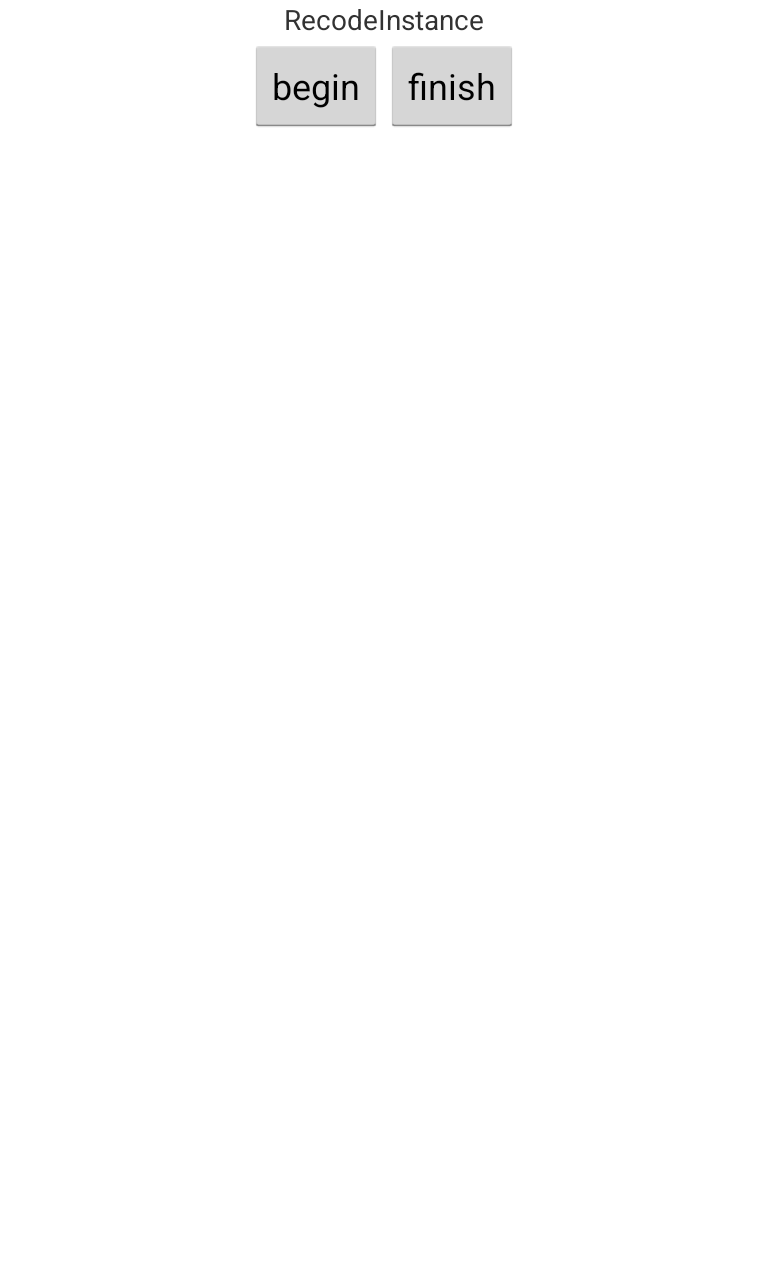
Repository: ShigerD/AndroidSample
Layout: Sample/Sample13/Sample13_5/Recode/res/layout/activity_main.xml
The author's editor kept a copy of each file at every save. The layout is drawn from the files as they stood at one save, then again after the next save.
It is drawn on a 768 x 1280 px phone screen (xhdpi) without system bars, with theme AppTheme; the app's code is not run.

Above is the layout before, as saved 2016-08-18 08:07:59.

### Sample/Sample13/Sample13_5/Recode/res/layout/activity_main.xml
<LinearLayout xmlns:android="http://schemas.android.com/apk/res/android"
    xmlns:tools="http://schemas.android.com/tools"
        android:layout_width="fill_parent"
        android:layout_height="fill_parent"
      android:orientation="vertical"
    tools:context="com.example.recode.MainActivity" >






        <TextView
            android:layout_width="wrap_content"
            android:layout_height="wrap_content"
            android:layout_gravity="center_horizontal"
            android:text="@string/title" />



        <LinearLayout
            android:layout_width="fill_parent"
            android:layout_height="fill_parent"
            android:gravity="center_horizontal" >

            <Button
                android:id="@+id/start"
                android:layout_width="wrap_content"
                android:layout_height="wrap_content"
                android:text="@string/start" />

            <Button
                android:id="@+id/stop"
                android:layout_width="wrap_content"
                android:layout_height="wrap_content"
                android:text="@string/stop" />



    </LinearLayout>

</LinearLayout>

### Sample/Sample13/Sample13_5/Recode/res/values/strings.xml
<?xml version="1.0" encoding="utf-8"?>
<resources>

    <string name="app_name">Recode</string>
    <string name="hello_world">Hello world!</string>
    <string name="action_settings">Settings</string>
    <string name="title">RecodeInstance</string>
    <string name="start">begin</string>
    <string name="stop">finish</string>
    <string name="state">null</string>

</resources>

Loaded but not shown: Sample/Sample13/Sample13_5/Recode/res/values/styles.xml (common file); Sample/Sample13/Sample13_5/Recode/res/values-v11/styles.xml (common file); Sample/Sample13/Sample13_5/Recode/res/values-v14/styles.xml (common file)

After the next save:
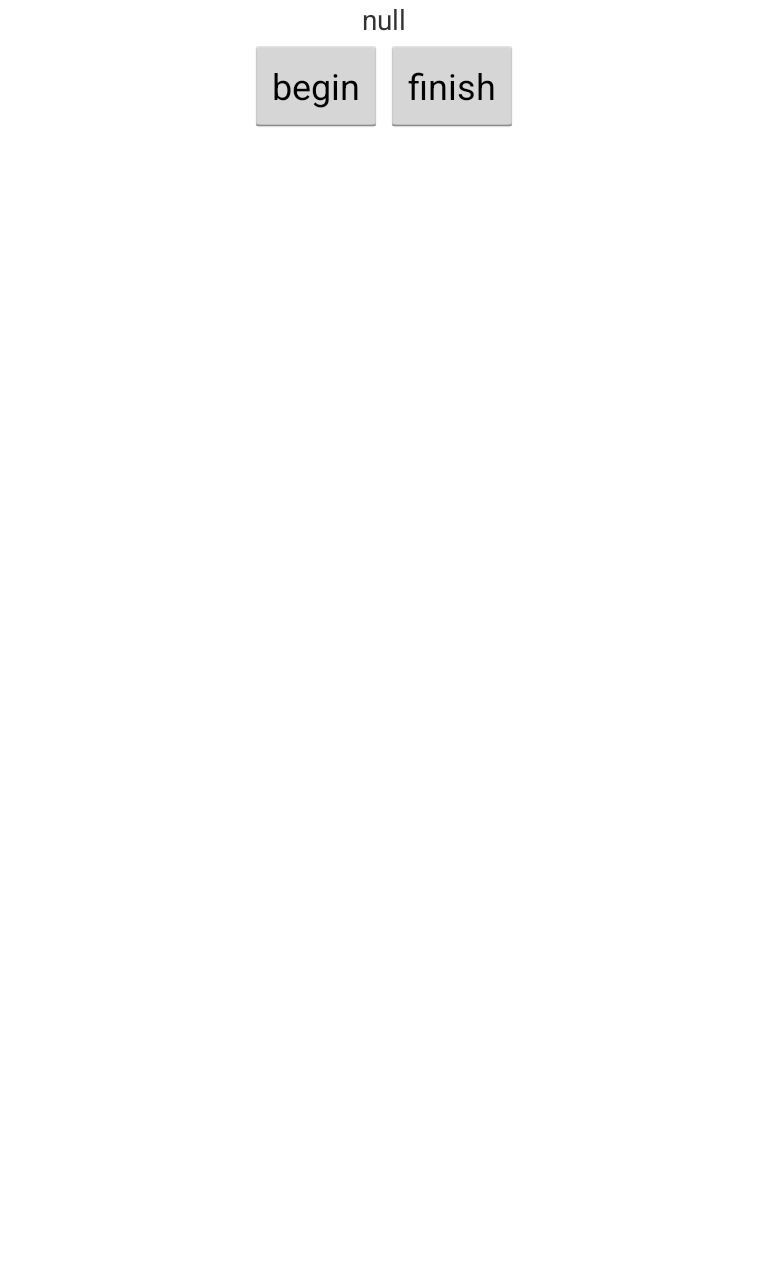
Saved 2 min 37 s later.
--- a/Sample/Sample13/Sample13_5/Recode/res/layout/activity_main.xml
+++ b/Sample/Sample13/Sample13_5/Recode/res/layout/activity_main.xml
@@ -11,10 +11,11 @@
 
 
         <TextView
+            android:id="@+id/state"
             android:layout_width="wrap_content"
             android:layout_height="wrap_content"
             android:layout_gravity="center_horizontal"
-            android:text="@string/title" />
+            android:text="@string/state" />
 
 
 
